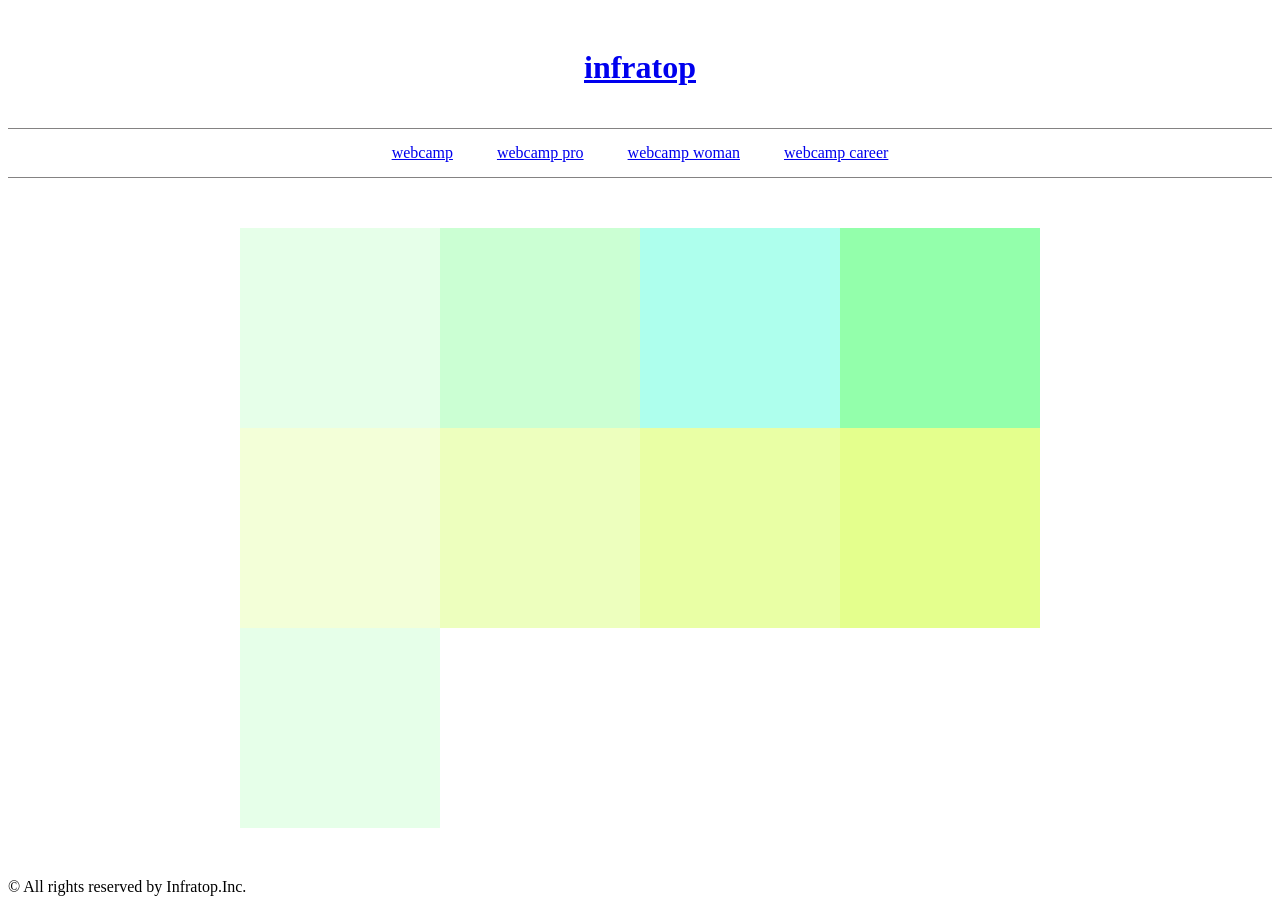
Repository: ego-boosting/html-practice1
Page: chapter5/index.html
The author's editor kept a record of every edit. The page is drawn from the files as they stood at one moment, then again after the next edit.
The browser window is 1280 px wide. The pictures show the whole page.

Above is the page before.

After the next edit:
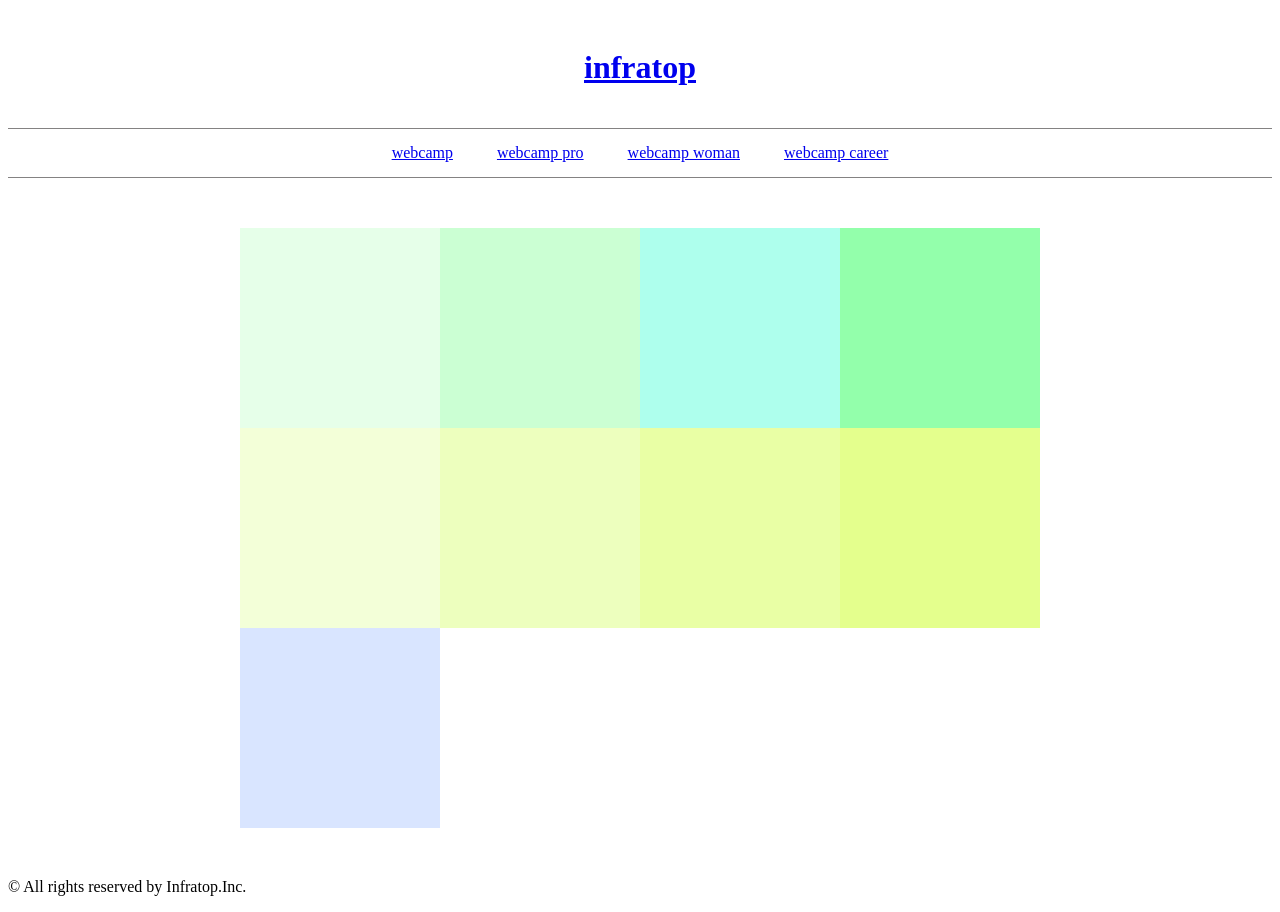
The edit:
--- a/chapter5/style.css
+++ b/chapter5/style.css
@@ -81,7 +81,7 @@
 .box9{
   width:200px;
   height:200px;
-  background-color:#e6ffe9;
+  background-color:#d9e5ff;
 }
 
 .box1{
